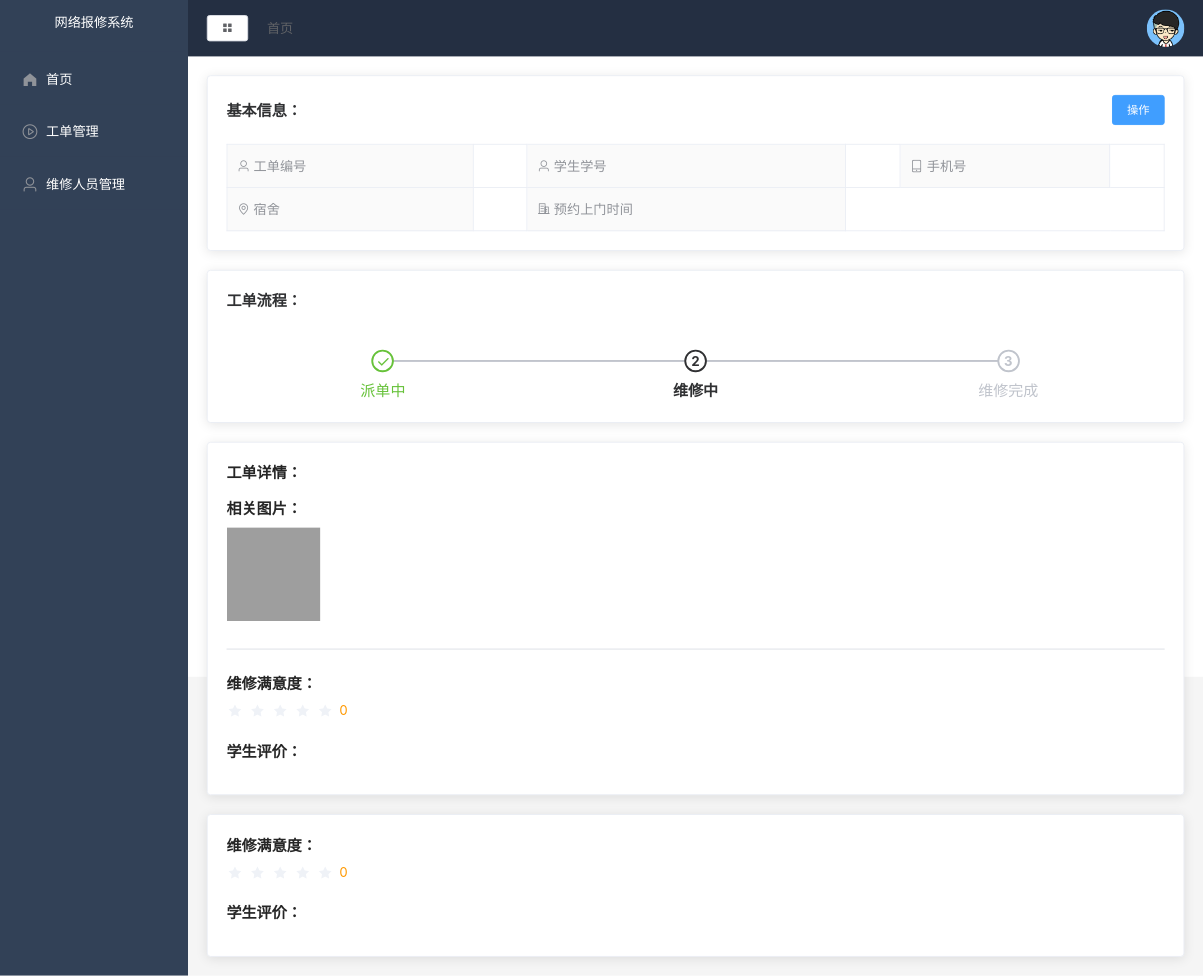
Repository: LtheW/vue
Page: /submit
The author's editor kept a copy of each file at every save. The page is drawn from the files as they stood at one save, then again after the next save.
The browser window is 1280 px wide. The pictures show the whole page, at 94% of full size.
Pictures or frames that could not be fetched are drawn as grey boxes. The page's requests for data from a server got no answer. The project was rebuilt for these pictures with package versions that can differ from the ones it lists, and the page was loaded fresh each time. No one was signed in, and anything a server would have sent is missing. Also part of the build but not shown: vue.config.js, src/components/CommonTag.vue, src/views/Maintainer/Add.vue.

Above is the page before, as saved 2022-03-27 13:44:40.

After the next save:
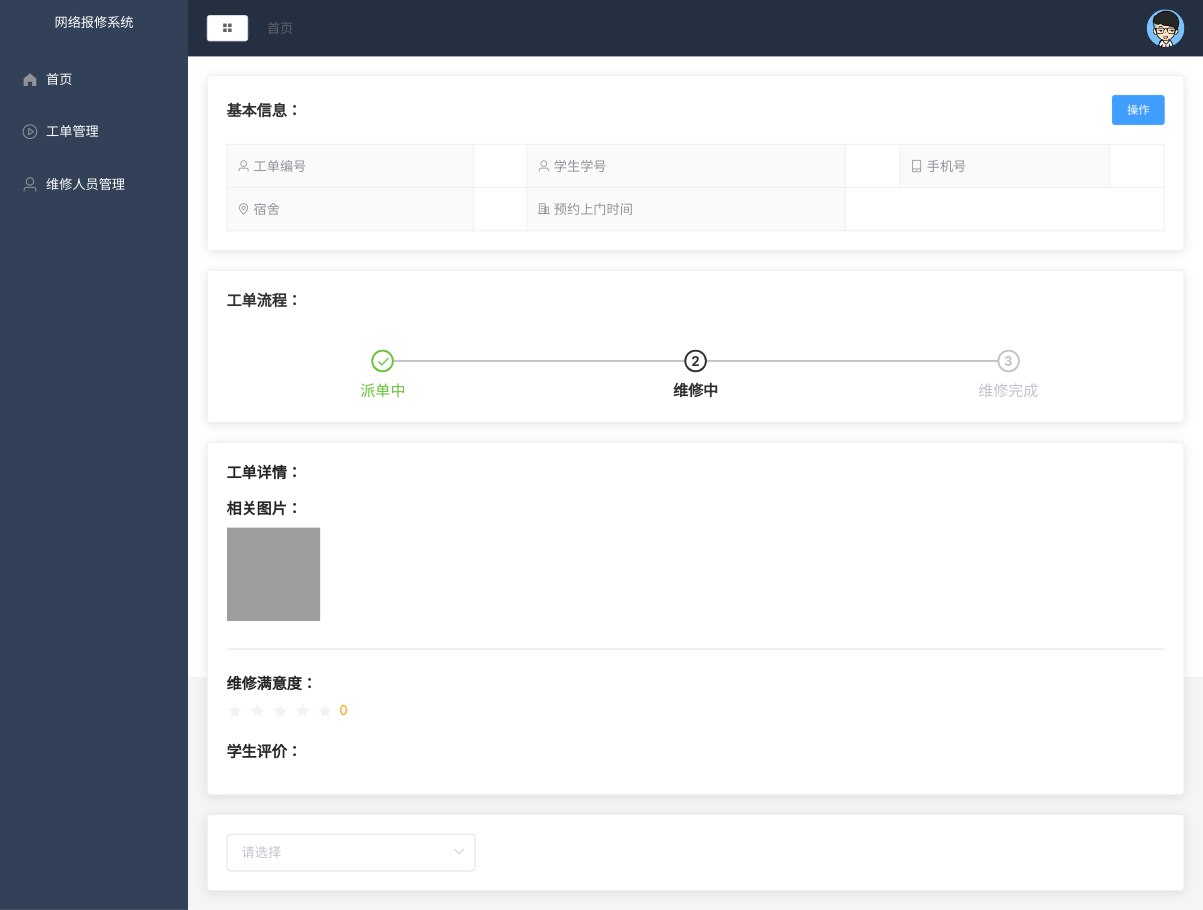
Saved 4 days later.
--- a/src/views/Submit.vue
+++ b/src/views/Submit.vue
@@ -81,8 +81,7 @@
             :preview-src-list="srcList"
           >
           </el-image>
-            <el-divider ></el-divider>
-
+          <el-divider></el-divider>
 
           <h5 class="title">维修满意度：</h5>
           <el-rate
@@ -94,26 +93,22 @@
           >
           </el-rate>
           <div class="p">
-          <h5 class="title">学生评价：</h5>
-          <p>{{ form.evaluation }}</p>
+            <h5 class="title">学生评价：</h5>
+            <p>{{ form.evaluation }}</p>
           </div>
         </el-card>
         <div class="p">
-        <el-card>
-          <h5 class="title">维修满意度：</h5>
-          <el-rate
-            v-model="form.maintenanceSatisfaction"
-            disabled
-            show-score
-            text-color="#ff9900"
-            score-template="{value}"
-          >
-          </el-rate>
-          <div class="p">
-          <h5 class="title">学生评价：</h5>
-          <p>{{ form.evaluation }}</p>
-          </div>
-        </el-card>
+          <el-card>
+            <el-select v-model="value" placeholder="请选择">
+              <el-option
+                v-for="item in options"
+                :key="item.jobNumber"
+                :label="item.name"
+                :value="item.jobNumber"
+              >
+              </el-option>
+            </el-select>
+          </el-card>
         </div>
       </div>
     </div>
@@ -127,6 +122,7 @@ export default {
       workorderNumber: "",
       url: "https://fuss10.elemecdn.com/e/5d/4a731a90594a4af544c0c25941171jpeg.jpeg",
       srcList: [],
+      options:[]
     };
   },
   created() {
@@ -159,6 +155,14 @@ export default {
         }
         this.srcList = arr;
       });
+
+      this.$http({
+        url: "/api/administer/maintainerlist",
+        method: "get",
+        headers: { "X-Requested-With": "XMLHttpRequest" },
+      }).then((res) => {
+        this.options=res.data.data;
+      });
     },
   },
 };
